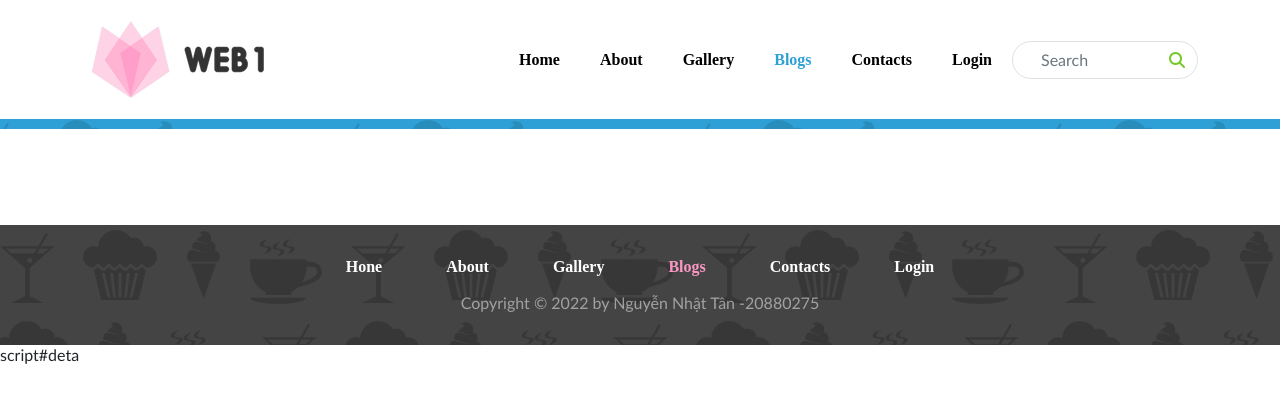
Repository: carembanhkem/web1-20880275
Page: blogs.html
These files come from the project's save history. The page is drawn as it stood at one moment and after a run of saves; the edit follows.
The browser window is 1280 px wide. The pictures show the whole page.
The page's requests for data from a server got no answer. Some web fonts or font styles are not loaded; a fallback is used. Some web libraries are served in a nearby version.

Above is the page before, as saved 2023-02-07 17:45:56.

After the next 3 saves:
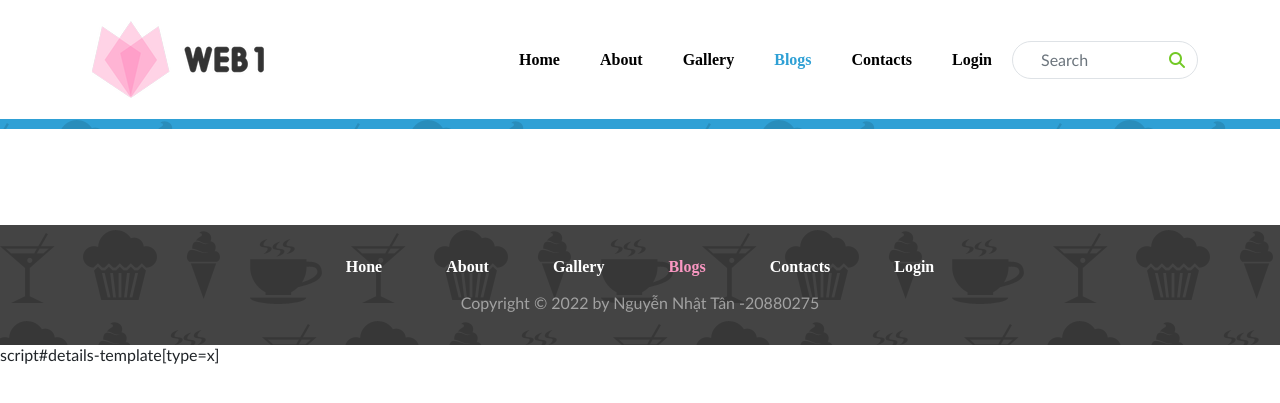
The 3 saves are shown as one change because they came seconds apart.
The last was saved 8 s later.
--- a/blogs.html
+++ b/blogs.html
@@ -264,7 +264,7 @@
       </nav>
       {{/pagination}}
     </script>
-    script#deta
+    script#details-template[type=x]
     <!-- Dinh nghia Handlebar Helper-->
     <script>
       Handlebars.registerHelper("formatDate", function(date) {
